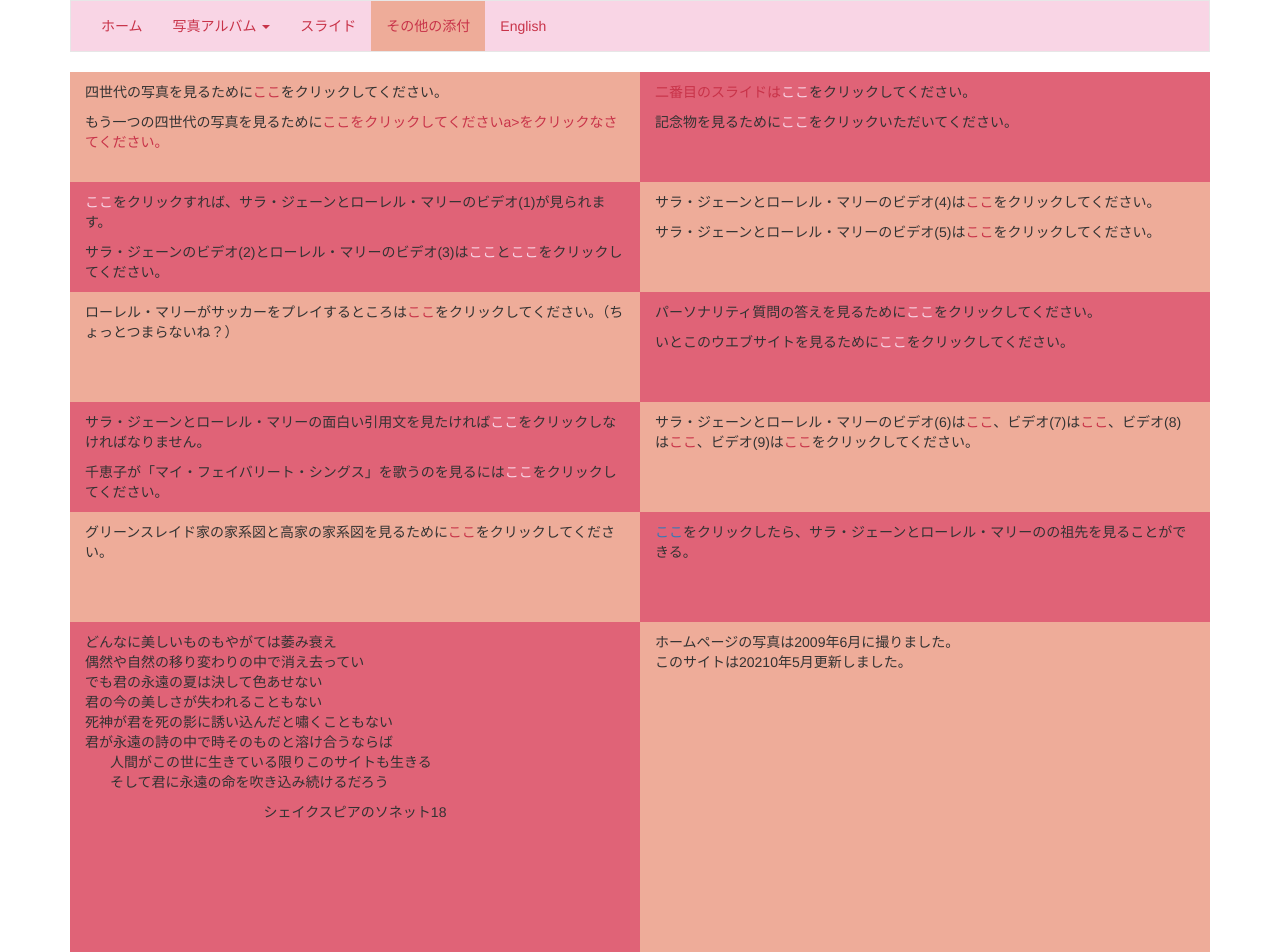
Repository: George2916/Sarah-Jane-and-Laurel-Marie
Page: misc-jap.html
The author's editor kept a record of every edit. The page is drawn from the files as they stood at one moment, then again after the next edit.
The browser window is 1280 px wide. The pictures show the whole page.

Above is the page before.
Console error: TypeError: Cannot read properties of null (reading 'style')

After the next edit:
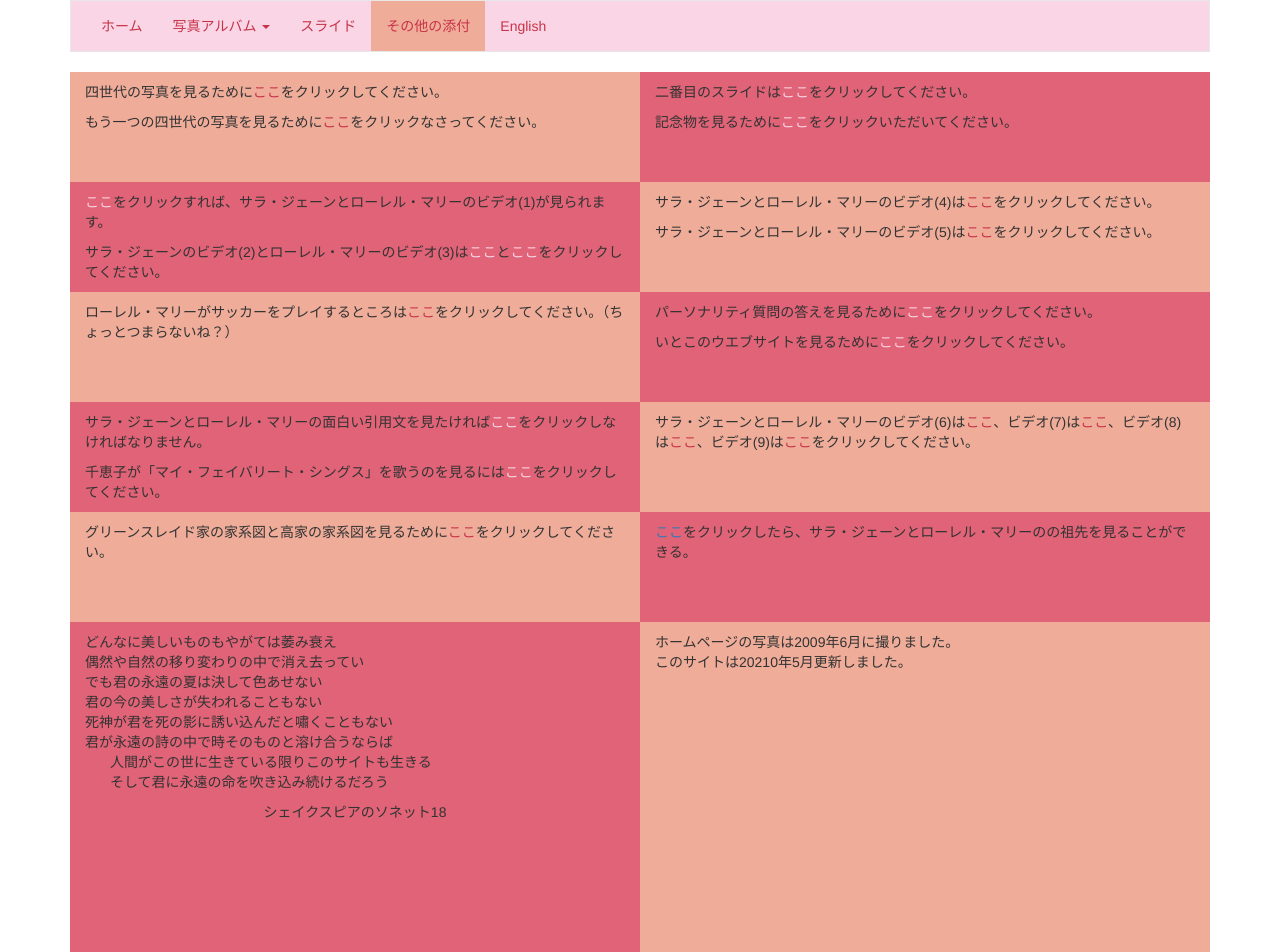
The edit:
--- a/misc-jap.html
+++ b/misc-jap.html
@@ -56,7 +56,7 @@
 
             <div class="col-sm-6 color1 box1">
                 <p>四世代の写真を見るために<a class="misc-link-1 AAA" href="familytreeT.html">ここ</a>をクリックしてください。</p>
-                <p>もう一つの四世代の写真を見るために<a class="misc-link-1 AAA" href="familytreeM.html">ここ</<a class="misc-link-3 AAA" href="https://www.youtube.com/watch?v=NwOyJzJh9Wc">をクリックしてくださいa>をクリックなさてください。</p>
+                <p>もう一つの四世代の写真を見るために<a class="misc-link-1 AAA" href="familytreeM.html">ここ</a>をクリックなさってください。</p>
             </div>
 
 
